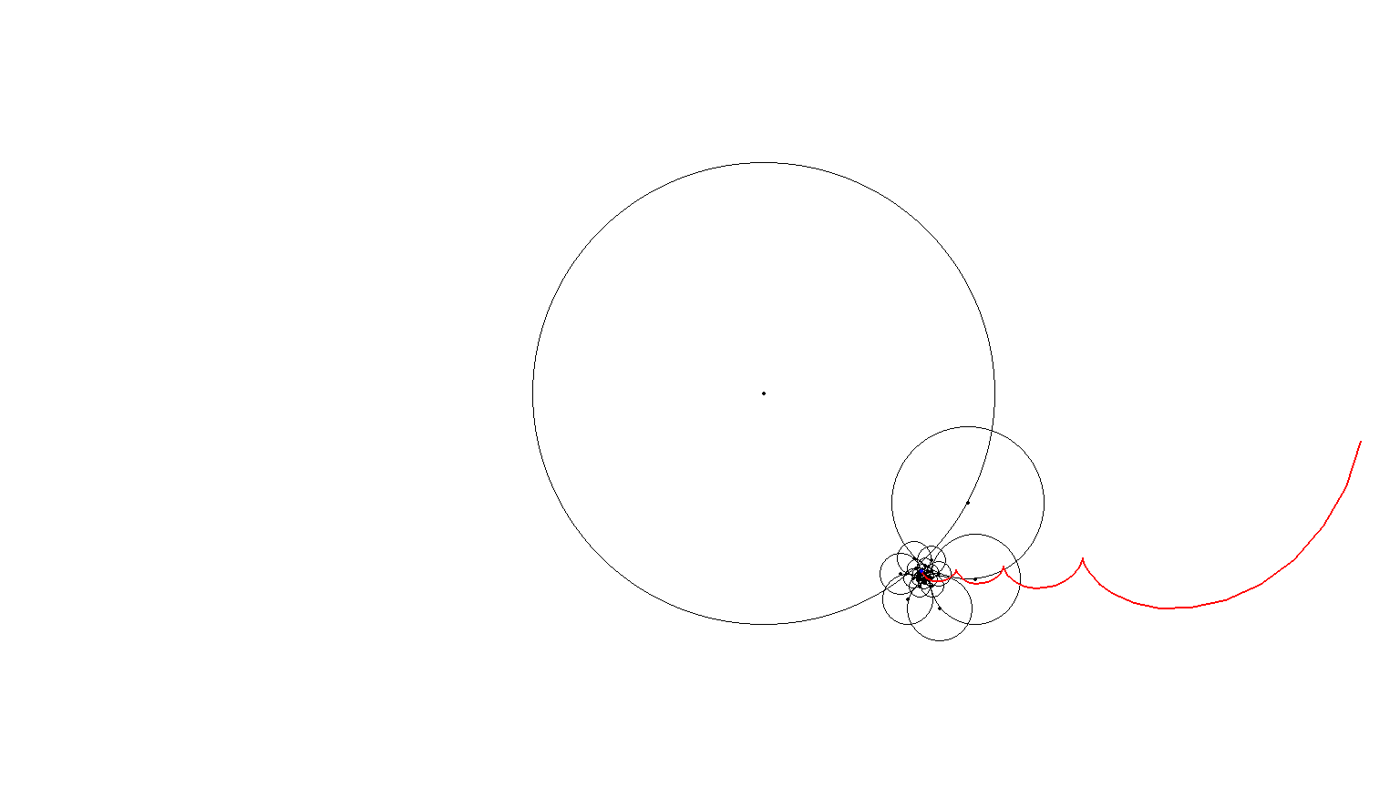
Repository: Liuuuv/animation_cercles
Script's output: python animation cercles.py
The author's editor kept a copy of each file at every save. The script's output is drawn from the files as they stood at one save, then again after the next save.
Figures wider than 1,400 px are first shrunk to that width. The window is shown after at most 60 frames with no key pressed. Random numbers start from a fixed seed.

Above is the script's output before, as saved 2024-11-08 18:41:58.

After the next save:
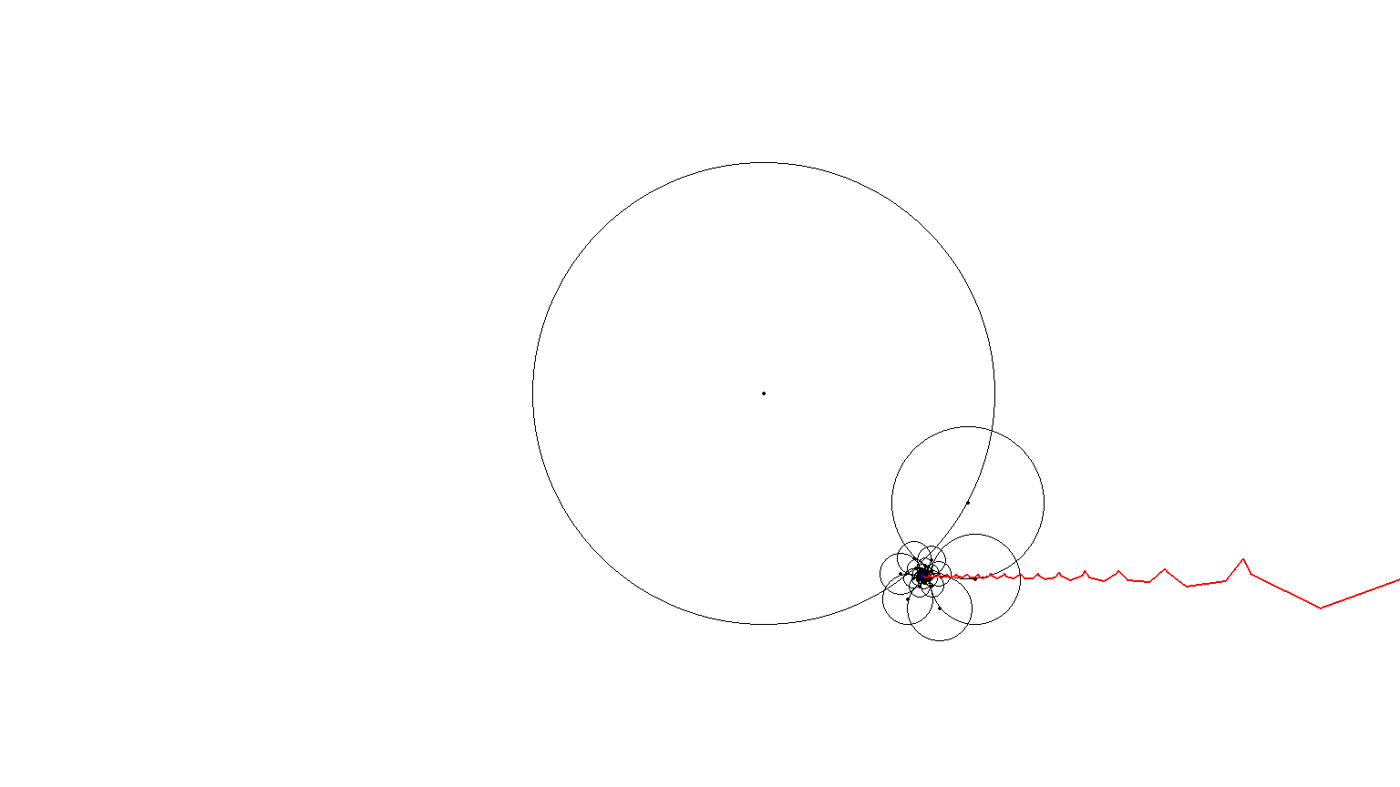
Saved 29 s later.
--- a/animation cercles.py
+++ b/animation cercles.py
@@ -152,7 +152,7 @@ class Affichage:
         py.quit()
 
 
-nb_cercles=50
+nb_cercles=200
 
 
 
